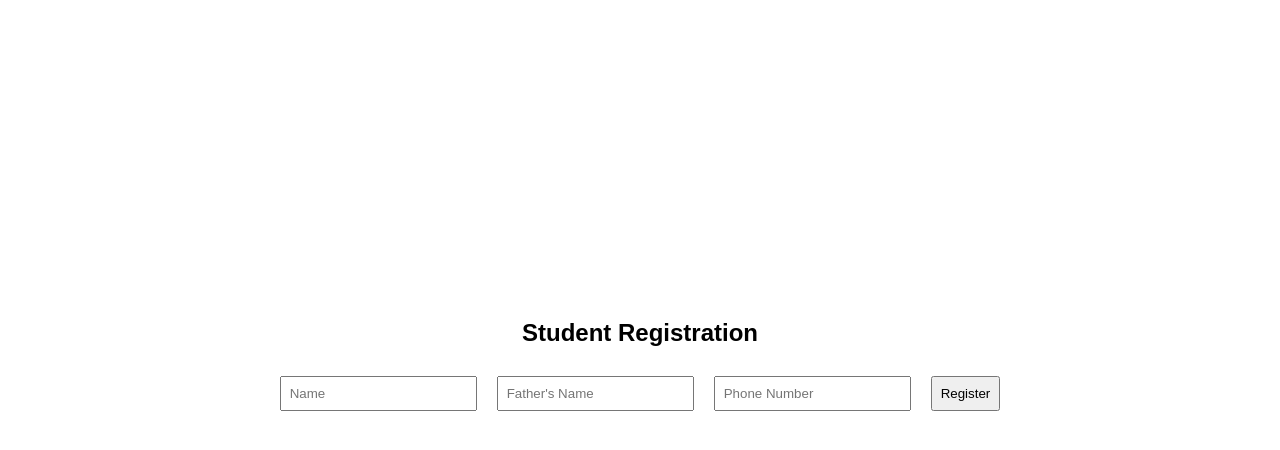
Repository: pripriya09/StudentID-Card-Download
Page: / (app in frontend/)
An editor plug-in stored every save of this project. The page is shown before and after the next save, followed by the edit.
The browser window is 1280 px wide. The pictures show the whole page.
The project was rebuilt for these pictures with package versions that can differ from the ones it lists, and the page was loaded fresh each time. Also part of the build but not shown: frontend/vite.config.js, frontend/src/copy form/IDCardForm.jsx.

Above is the page before, as saved 2025-01-07 11:08:32.

### frontend/src/main.jsx
import React from 'react'
import ReactDOM from 'react-dom/client'
// import App from './App'
// import './index.css'
import Form from './Form.jsx'
import IDCardForm from './copy form/IDCardForm.jsx'

ReactDOM.createRoot(document.getElementById('root')).render(
  <React.StrictMode>
    {/* <App /> */}
    <Form/>
    {/* <IDCardForm/> */}
  </React.StrictMode>,
)

### frontend/src/Form.jsx
import React, { useState } from "react";
import axios from "axios";
import "./App.css"
import jsPDF from "jspdf";
const Form = () => {
  const [formData, setFormData] = useState({
    name: "",
    fatherName: "",
    phoneNumber: "",
  });
  const [registrationNumber, setRegistrationNumber] = useState("");
  const [studentData, setStudentData] = useState(null);


  const handleSubmit = async (e) => {
    e.preventDefault();

    try {

      const response = await axios.post("http://localhost:6009/api/students", formData);
      const result = response.data;


      setStudentData({
        ...formData,
        registrationNumber: result.registrationNumber,
      });


      setFormData({
        name: "",
        fatherName: "",
        phoneNumber: "",
      });
    } catch (error) {
      console.error("Error sending data:", error);
    }
  };

  const handleChange = (e) => {
    setFormData({ ...formData, [e.target.name]: e.target.value });
  };


//   const handleSearch = async (e) => {
//     e.preventDefault();

//     try {
//       const response = await axios.get(`http://localhost:6009/api/students/${registrationNumber}`);
//       const result = response.data;


//       if (result) {
//         setStudentData(result);
//       } else {
//         alert("Student not found!");
//       }

//       setRegistrationNumber("");
//     } catch (error) {
//       console.error("Error fetching data:", error);
//     }
//   };

//  const handleDownload = () => {
//     if (studentData) {
//       const fileData = JSON.stringify(studentData, null, 2);
//       const blob = new Blob([fileData], { type: "application/json" });
//       const link = document.createElement("a");
//       link.href = URL.createObjectURL(blob);
//       link.download = `${studentData.registrationNumber}_ID_Card.json`; // Filename based on registration number
//       link.click();

//       setFormData({
//         name: "",
//         fatherName: "",
//         phoneNumber: "",
//       });
//       setStudentData(null);
//     }
//   };

  const handleDownloadtext = () => {
    if (studentData) {

      const fileData = `
        Name: ${studentData.name}
        Father's Name: ${studentData.fatherName}
        Phone Number: ${studentData.phoneNumber}
        Registration Number: ${studentData.registrationNumber}`;
      const blob = new Blob([fileData], { type: "text/plain" });

      const link = document.createElement("a");
      link.href = URL.createObjectURL(blob);
      link.download = `${studentData.registrationNumber}_ID_Card.txt`;
      link.click();

      setFormData({
        name: "",
        fatherName: "",
        phoneNumber: "",
      });
      setStudentData(null);
    }
  };


  function handleDownloadPDF() {
    if (studentData) {
      let PDFdocument = new jsPDF();
      const studentInfo = `
        Student ID Card
        Name: ${studentData.name}
        Father's Name: ${studentData.fatherName}
        Phone: ${studentData.phoneNumber}
        Registration Number: ${studentData.registrationNumber}
      `;

      PDFdocument.text(studentInfo, 10, 10);
      PDFdocument.save(`${studentData.registrationNumber}_ID_Card.pdf`);
      PDFdocument = null;
    }
  }

  return (
    <div className="App">
      <h2>Student Registration</h2>


      <form onSubmit={handleSubmit}>
        <input
          type="text"
          name="name"
          placeholder="Name"
          value={formData.name}
          onChange={handleChange}
          required
        />
        <input
          type="text"
          name="fatherName"
          placeholder="Father's Name"
          value={formData.fatherName}
          onChange={handleChange}
          required
        />
        <input
          type="tel"
          name="phoneNumber"
          placeholder="Phone Number"
          value={formData.phoneNumber}
          onChange={handleChange}
          required
        />
        <button type="submit">Register</button>
      </form>


      {/* <h2>Search by Registration Number</h2>
      <form onSubmit={handleSearch}>
        <input
          type="text"
          placeholder="Enter Registration Number"
          value={registrationNumber}
          onChange={(e) => setRegistrationNumber(e.target.value)}
          required
        />
        <button type="submit">Search</button>
      </form> */}
{/* --------------------------------------------------display data -->> */}
      {studentData && (
        <div className="id-card">
          <h3>ID Card</h3>
          <p>Name: {studentData.name}</p>
          <p>Father's Name: {studentData.fatherName}</p>
          <p>Phone Number: {studentData.phoneNumber}</p>
          <p>Registration Number: {studentData.registrationNumber}</p>
          {/* <button onClick={handleDownload}>Download ID Card</button> */}
           <button onClick={handleDownloadtext}>Download Card In txtfile</button>
           <button onClick={handleDownloadPDF}>Download Card In PDF</button>
        </div>
      )}
    </div>
  );
};

export default Form;

### frontend/src/App.css
.App {
  /* text-align: center; */
  font-family: Arial, sans-serif;
}

form input, form button {
  margin: 10px;
  padding: 2px;
}

.id-card {
  border: 1px solid #ccc;
  padding: 15px;
  width: 300px;
  margin: 20px auto;
}

### frontend/src/copy form/style.css
.App {
    text-align: center;
    font-family: Arial, sans-serif;
  }

  form input, form button {
    margin: 10px;
    padding: 8px;
  }
  /*
  .id-card {
    border: 1px solid #ccc;
    padding: 15px;
    width: 300px;
    margin: 20px auto;
  } */


  body {
    font-family: Verdana, sans-serif;
    display: flex;
    justify-content: center;
    align-items: center;
    height: 100vh;
    margin: 0;
  }


  .student_id {
    width: 520px;
    background-color: #fff;
    border-radius: 25px;
    overflow: hidden;
    margin: 20px auto;
    box-shadow: 1px 0px 0px #a9a39e, 0px 1px 0px #a9a39e,
                2px 1px 0px #a9a39e, 1px 2px 0px #a9a39e,
                3px 2px 0px #958b83, 2px 3px 0px #958b83,
                4px 3px 0px #93867c, 3px 4px 0px #93867c,
                5px 4px 0px #93867c, 4px 5px 0px #93867c;
  }


  .top_section {
    display: flex;
    padding: 30px;
    background: linear-gradient(to right, #e84610, #ffffff);
    color: white;
  }

  .profile_photo {
    flex-shrink: 0;
  }

  .profile_photo img {
    width: 125px;
    height: 125px;
    border-radius: 50%;
    border: 2px solid #fff;
    object-fit: cover;
  }

  .student_name {
    margin-left: 20px;
    display: flex;
    flex-direction: column;
    justify-content: center;
  }

  .student_info {
    list-style: none;
    padding: 0;
    margin: 0;
  }

  .student_info .name {
    font-size: 1.5em;
    font-weight: bold;
  }
  .student_info .age {
    font-size: 1.1em;
    margin-top: 5px;
  }
  .bottom_section {
    padding: 30px;
  }

  .student_details {
    margin-top: 10px;
  }

  .student_details ul {
    list-style: none;
    padding: 0;
    margin: 0;
  }

  .student_details li {
    margin-bottom: 10px;
    font-size: 1.1em;
    color: #555;
  }

  span {
    font-weight: bold;
  }

Loaded but not shown: frontend/index.html (common file)

After the next save:
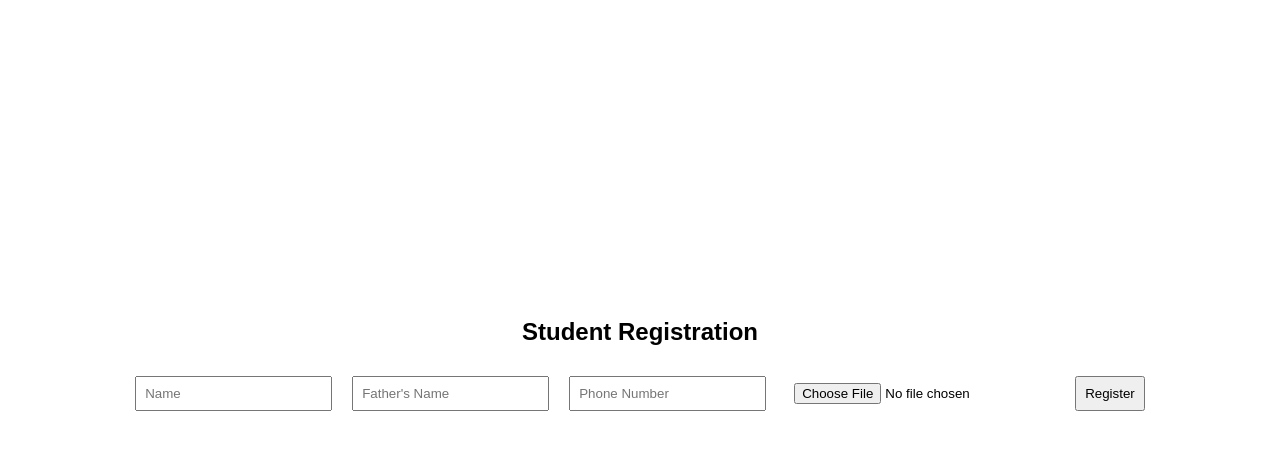
Saved 6 min 29 s later.
--- a/frontend/src/Form.jsx
+++ b/frontend/src/Form.jsx
@@ -1,7 +1,8 @@
 import React, { useState } from "react";
 import axios from "axios";
-import "./App.css"
+import "./App.css";
 import jsPDF from "jspdf";
+
 const Form = () => {
   const [formData, setFormData] = useState({
     name: "",
@@ -10,22 +11,19 @@ const Form = () => {
   });
   const [registrationNumber, setRegistrationNumber] = useState("");
   const [studentData, setStudentData] = useState(null);
-
+  const [profileImage, setProfileImage] = useState(null); // For the uploaded image
 
   const handleSubmit = async (e) => {
     e.preventDefault();
 
     try {
-
       const response = await axios.post("http://localhost:6009/api/students", formData);
       const result = response.data;
-
 
       setStudentData({
         ...formData,
         registrationNumber: result.registrationNumber,
       });
-
 
       setFormData({
         name: "",
@@ -41,48 +39,19 @@ const Form = () => {
     setFormData({ ...formData, [e.target.name]: e.target.value });
   };
 
-
-//   const handleSearch = async (e) => {
-//     e.preventDefault();
-
-//     try {
-//       const response = await axios.get(`http://localhost:6009/api/students/${registrationNumber}`);
-//       const result = response.data;
-
-
-//       if (result) {
-//         setStudentData(result);
-//       } else {
-//         alert("Student not found!");
-//       }
-
-//       setRegistrationNumber("");
-//     } catch (error) {
-//       console.error("Error fetching data:", error);
-//     }
-//   };
-
-//  const handleDownload = () => {
-//     if (studentData) {
-//       const fileData = JSON.stringify(studentData, null, 2);
-//       const blob = new Blob([fileData], { type: "application/json" });
-//       const link = document.createElement("a");
-//       link.href = URL.createObjectURL(blob);
-//       link.download = `${studentData.registrationNumber}_ID_Card.json`; // Filename based on registration number
-//       link.click();
-
-//       setFormData({
-//         name: "",
-//         fatherName: "",
-//         phoneNumber: "",
-//       });
-//       setStudentData(null);
-//     }
-//   };
+  const handleImageChange = (e) => {
+    const file = e.target.files[0];
+    if (file) {
+      const reader = new FileReader();
+      reader.onloadend = () => {
+        setProfileImage(reader.result); // Set the image as base64 string
+      };
+      reader.readAsDataURL(file);
+    }
+  };
 
   const handleDownloadtext = () => {
     if (studentData) {
-
       const fileData = `
         Name: ${studentData.name}
         Father's Name: ${studentData.fatherName}
@@ -104,7 +73,6 @@ const Form = () => {
     }
   };
 
-
   function handleDownloadPDF() {
     if (studentData) {
       let PDFdocument = new jsPDF();
@@ -125,7 +93,6 @@ const Form = () => {
   return (
     <div className="App">
       <h2>Student Registration</h2>
-
 
       <form onSubmit={handleSubmit}>
         <input
@@ -152,32 +119,28 @@ const Form = () => {
           onChange={handleChange}
           required
         />
+        {/* Upload profile image */}
+        <input type="file" onChange={handleImageChange} accept="image/*" />
         <button type="submit">Register</button>
       </form>
 
-
-      {/* <h2>Search by Registration Number</h2>
-      <form onSubmit={handleSearch}>
-        <input
-          type="text"
-          placeholder="Enter Registration Number"
-          value={registrationNumber}
-          onChange={(e) => setRegistrationNumber(e.target.value)}
-          required
-        />
-        <button type="submit">Search</button>
-      </form> */}
-{/* --------------------------------------------------display data -->> */}
       {studentData && (
         <div className="id-card">
           <h3>ID Card</h3>
+          {/* Display the profile image */}
+          <div className="profile-image">
+            {profileImage ? (
+              <img src={profileImage} alt="Profile" />
+            ) : (
+              <img src="https://via.placeholder.com/150" alt="Demo Image" />
+            )}
+          </div>
           <p>Name: {studentData.name}</p>
           <p>Father's Name: {studentData.fatherName}</p>
           <p>Phone Number: {studentData.phoneNumber}</p>
           <p>Registration Number: {studentData.registrationNumber}</p>
-          {/* <button onClick={handleDownload}>Download ID Card</button> */}
-           <button onClick={handleDownloadtext}>Download Card In txtfile</button>
-           <button onClick={handleDownloadPDF}>Download Card In PDF</button>
+          <button onClick={handleDownloadtext}>Download Card In txtfile</button>
+          <button onClick={handleDownloadPDF}>Download Card In PDF</button>
         </div>
       )}
     </div>
